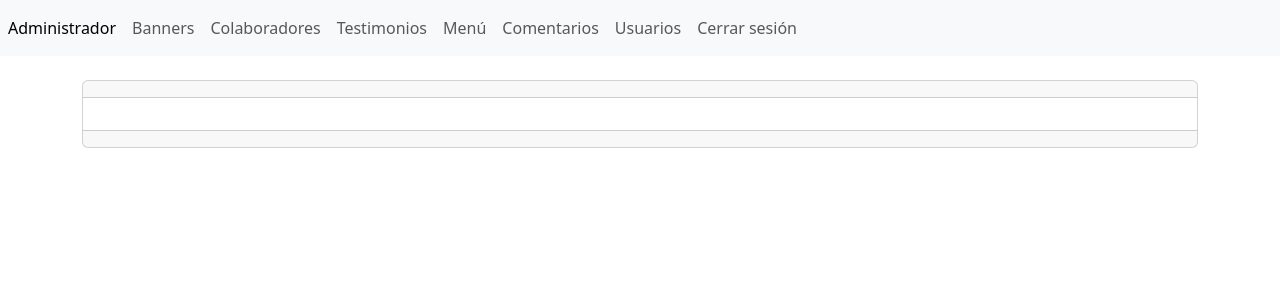
Repository: salextros/Restaurant-Project-PHP-MySQL
Page: http://localhost/TRABAJO_FINAL/restaurant/admin/seccion/testimonios/index.php
The author's editor kept a copy of each file at every save. The page is drawn from the files as they stood at one save, then again after the next save.
The browser window is 1280 px wide. The pictures show the whole page.
The page is run by PHP 8.4 with error messages shown; the project is at /var/www/html/.

Above is the page before, as saved 2026-01-29 23:24:42.

After the next save:
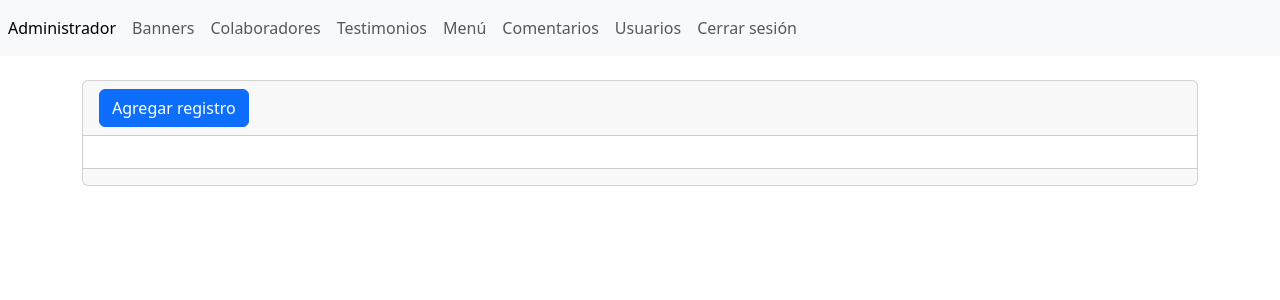
Saved 2 min 11 s later.
--- a/restaurant/admin/seccion/testimonios/index.php
+++ b/restaurant/admin/seccion/testimonios/index.php
@@ -3,7 +3,9 @@
 <br/>
 <div class="card">
 
-    <div class="card-header"></div>
+    <div class="card-header">
+         <a name="" id="" class="btn btn-primary" href="crear.php" role="button">Agregar registro</a>
+    </div>
     <div class="card-body">
 
     </div>
